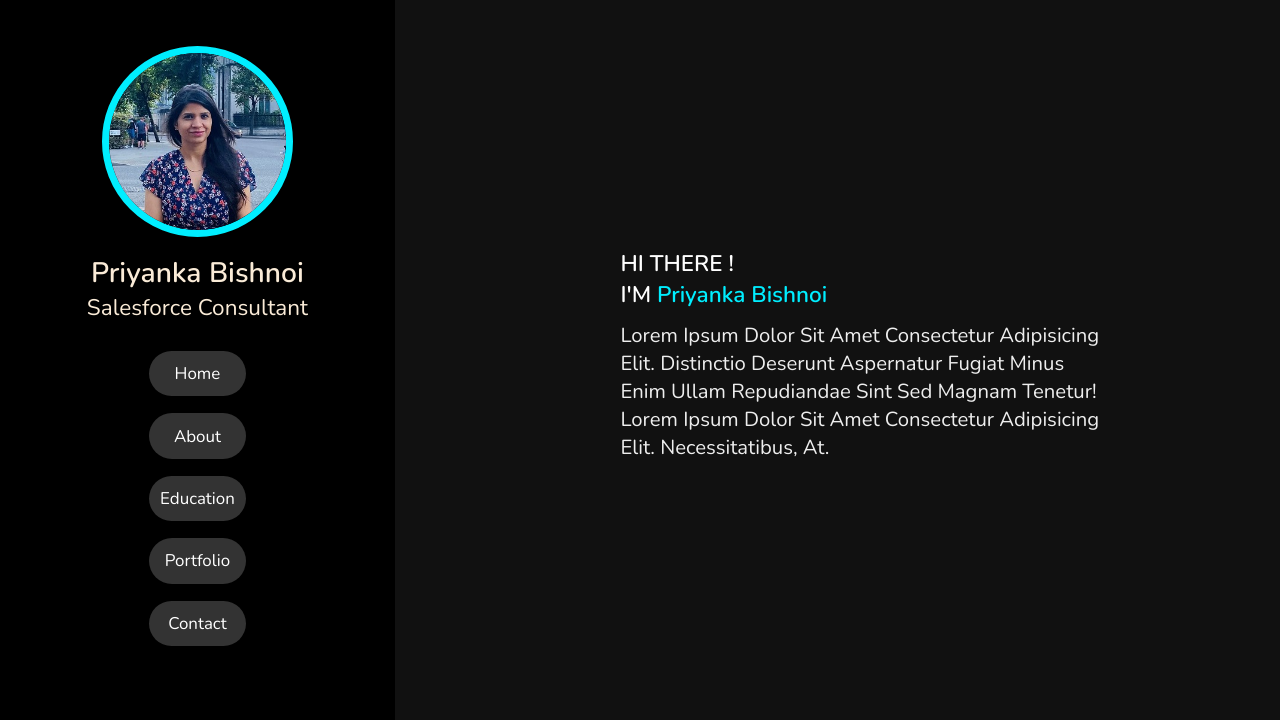
Repository: priyanka-bishnoi/PortfolioPage
Page: MyPage.html
These files come from the project's save history. The page is drawn as it stood at one moment and after the next save; the edit follows.
The browser window is 1280 px wide. The pictures show the whole page.

Above is the page before, as saved 2022-10-08 16:57:26.

### MyPage.html
<!DOCTYPE html>
<html>
<head>
    <link rel="stylesheet" href="css/style.css">

</head>
<body>
<header>
    <div class= "user">
        <img src="Background1.jpg"/>
        <h1 class="name" >Priyanka Bishnoi</h1>
        <p class="post" >Salesforce Consultant</p>
    </div>

    <nav class="navBar">
        <ul>
            <li> <a href="#home">Home</a></li>
            <li> <a href="#about">About</a></li>
            <li> <a href="#education">Education</a></li>
            <li> <a href="#portfolio">Portfolio</a></li>
            <li> <a href="#contact">Contact</a></li>

        </ul>


    </nav>


</header>

<!-- Home-->

<section class="home" id="home">

    <h3>HI THERE !</h3>
    <h1>I'M <span>Priyanka Bishnoi</span></h1>
    <p>Lorem ipsum dolor sit amet consectetur adipisicing elit. Distinctio deserunt aspernatur fugiat minus enim ullam repudiandae sint sed magnam tenetur! Lorem ipsum dolor sit amet consectetur adipisicing elit. Necessitatibus, at.
    </p>

</section>


</body>
</html>

### css/style.css
@import url('https://fonts.googleapis.com/css2?family=Nunito:wght@200;300;400;600&display=swap');
:root{
    --orange:rgb(0, 238, 255);
}
*{
    font-family: 'Nunito', sans-serif;
    margin:0;
    padding:0;
    box-sizing:border-box;
    text-decoration:none;
    text-transform:capitalize;
    transition:all .2s linear;
}
html {
    font-size:70.5%;
    overflow-x:hidden;
}
body{
    background:#111;
    overflow-x: hidden;
    padding-left: 40rem;
}

section{
    min-height: 100vh;
    padding:1rem;
}

.btn{
    padding:.7rem 3rem;
    background:#333;
    color:#fff;
    cursor: pointer;
    margin-top: 1rem;
    font-size: 2rem;
    border-radius: 5rem;
}

.btn i{
    padding:0 .5rem;
    font-size: 1.8rem;
}

.btn:hover{
    background:var(--yellow);
}

header {
    position:fixed;
    top:0; left:0;
    z-index:1000;
    height:100%;
    width:35rem;
    background:black;
    display:flex;
    align-items: center;
    justify-content: center;
    flex-flow: column;
    text-align: center;
}

header .user img {
    height: 17rem;
    width: 17rem;
    border-radius: 50%;
    object-fit: cover;
    margin-bottom: 1rem;
    border: 0.7rem solid var(--orange);
}
header .user .name {
    font-size: 2.5rem;
    color: antiquewhite;
}
header .user .post{
    font-size: 2rem;
    color: antiquewhite;
}

header .navBar {
    font-size : 2rem;
}
header .navBar ul{
    list-style: none;
    padding:1rem 2rem;
}
header .navBar ul li a{
    display: block;
    padding:1rem;
    margin:1.5rem 0;
    background:#333;
    color:#fff;
    font-size: 1.5rem;
    border-radius: 5rem;
}

header .navBar ul li a:hover{
    background:rgb(0, 238, 255);
}


.home{
    display: flex;
    justify-content: center;
    flex-flow: column;
    padding:0 15rem;
}

.home h3{
    font-size: 2rem;
    color:#fff;
}

.home h1{
    font-size:2rem;
    color:#fff;
}

.home h1 span{
    color:var(--orange);
}

.home p{
    font-size:1.8rem;
    color:#eee;
    padding: 1rem 0;
}

After the next save:
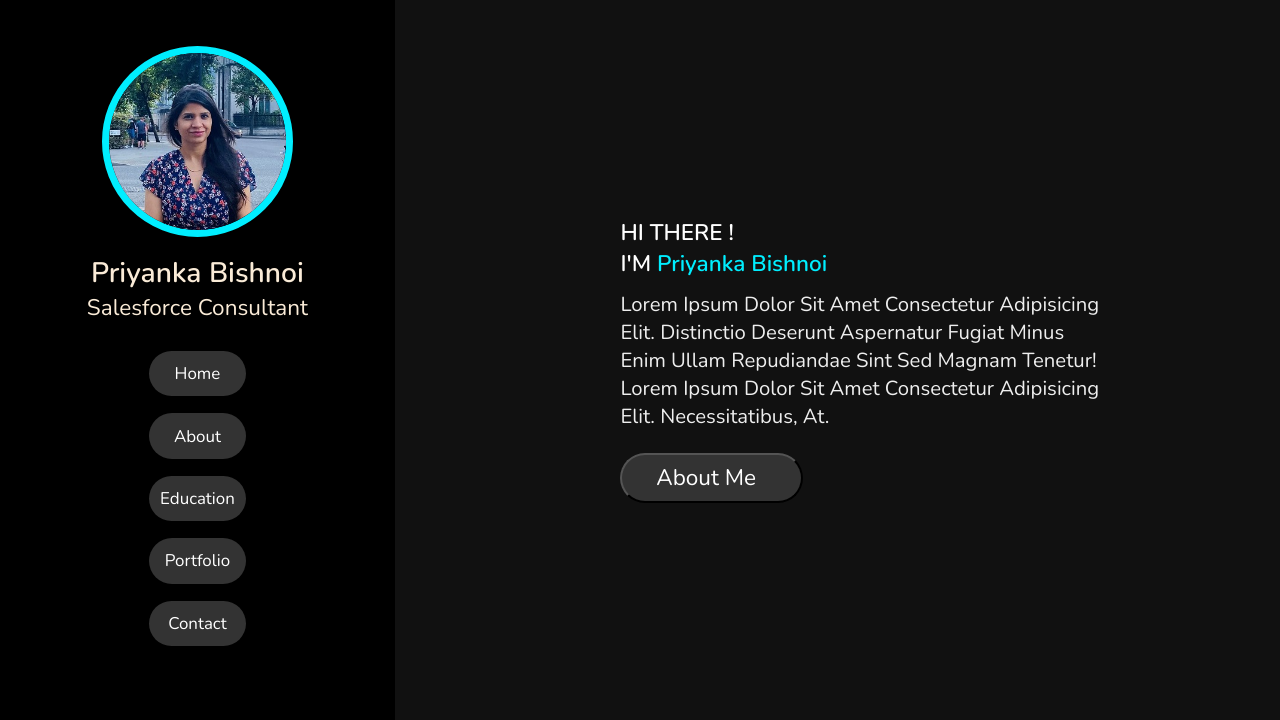
Saved 37 s later.
--- a/MyPage.html
+++ b/MyPage.html
@@ -36,6 +36,8 @@
     <h1>I'M <span>Priyanka Bishnoi</span></h1>
     <p>Lorem ipsum dolor sit amet consectetur adipisicing elit. Distinctio deserunt aspernatur fugiat minus enim ullam repudiandae sint sed magnam tenetur! Lorem ipsum dolor sit amet consectetur adipisicing elit. Necessitatibus, at.
     </p>
+    <a href="#about"><button class="btn">about me <i class="fas fa-user"></i></button></a>
+
 
 </section>
 
